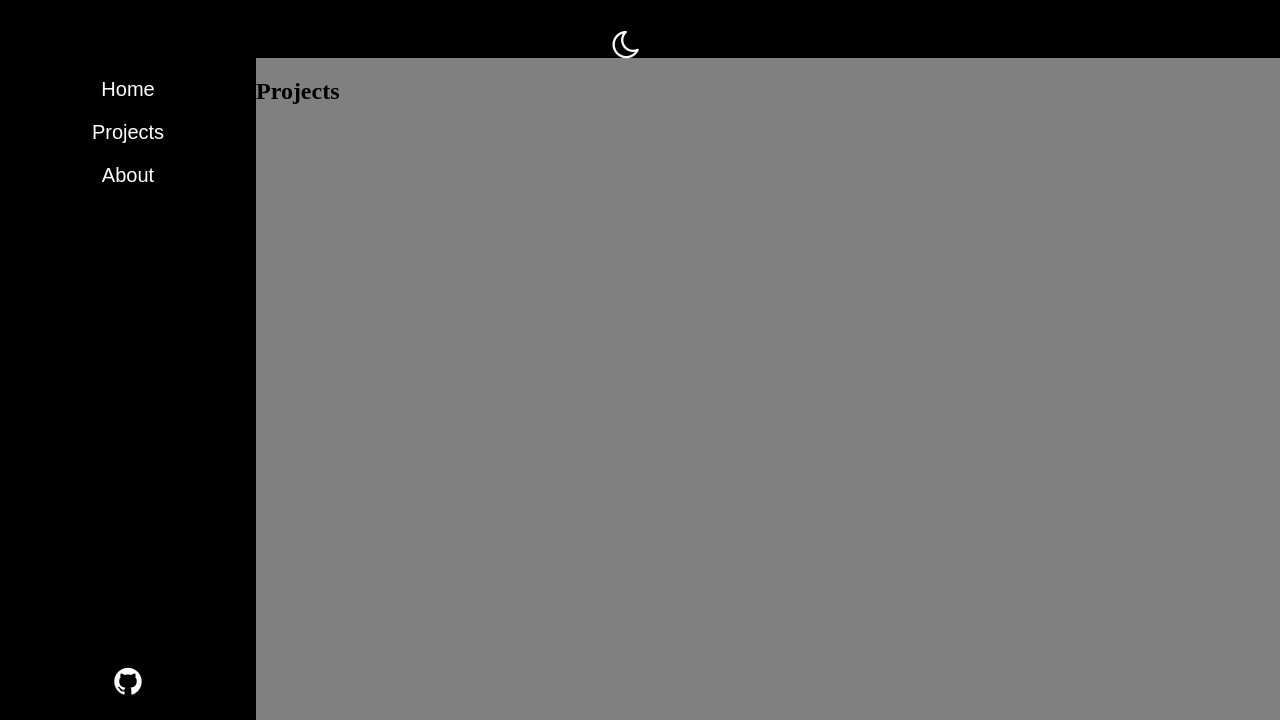
Repository: josephinel6/josephinel6.github.io
Page: index.html
An editor plug-in stored every save of this project. The page is shown before and after the next save, followed by the edit.
The browser window is 1280 px wide. The pictures show the whole page.

Above is the page before, as saved 2023-04-05 08:11:45.

### index.html
<!DOCTYPE html>
<html>

<head>
    <style>
        :root.light {
            --color-bg: white;
            --color-menu-text: black;
            --color-page-bg: darkgray;
            --color-obj-bg: gray;
            --color-title-text: black;
            --color-gen-text: black;
        }

        :root.dark {
            --color-bg: black;
            --color-menu-text: white;
            --color-page-bg: gray;
            --color-obj-bg: darkgray;
            --color-title-text: white;
            --color-gen-text: white;
        }

        /* :root {
            --color-bg: black;
        } */

        html,
        body {
            height: 100%;
            width: 100%;
            margin: 0;
            position: relative;
            /* border-color: blue;
            border-radius: 10px;
            border-style: solid; */
            padding: 0;
        }

        #menu {
            height: 100%;
            width: 20%;
            position: absolute;
            z-index: 1;
            top: 0;
            bottom: 0;
            background-color: var(--color-bg);
        }

        #topbar {
            width: 100%;
            height: 8%;
            background-color: var(--color-bg);
            position: absolute;
        }

        .menutext {
            color: var(--color-menu-text);
            font-family: sans-serif;
            font-size: 20px;
        }

        .fa-github {
            color: var(--color-menu-text);
        }

        #window {
            background-color: var(--color-page-bg);
            position: absolute;
            height: 92%;
            width: 80%;
            right: 0;
            bottom: 0;
        }

        .tabcontent {
            height: 100%;
            width: 100%;
            position: absolute;
        }

        .projectbutton {
            height: 150px;
            width: 95%;
            margin-top: 2.5%;
            margin-left: 2.5%;
            background-color: var(--color-obj-bg);
            border-radius: 5px;
            font-family: sans-serif;
            font-size: 30px;
        }

        #day-night {
            color: white;
            z-index: 2;
            top: 50%;
            right: 50%;
            position: absolute;
        }
    </style>
    <link rel="stylesheet" href="https://cdnjs.cloudflare.com/ajax/libs/font-awesome/4.7.0/css/font-awesome.min.css">
    <script type="module" src="https://cdn.jsdelivr.net/gh/zerodevx/zero-md@2/dist/zero-md.min.js"></script>
    <script type="module" src="https://md-block.verou.me/md-block.js"></script>
</head>

<body>
    <div id="menu">
        <div style="position:absolute; top: 8%; width: 100%; text-align: center;">

            <p class="menutext"> Home </p>
            <p class="menutext" onclick="openpage('projectbuttons')"> Projects </p>
            <p class="menutext"> About </p>

        </div>

        <div style="position:absolute; bottom:3%; width: 100%; text-align: center;">
            <a href="https://github.com/josephinel6" class="fa fa-github fa-2x" style="text-decoration: none;"></a>
        </div>
    </div>
    <div id="topbar">
        <i onclick="daynight()" class="fa fa-moon-o fa-2x" id="day-night"></i>
    </div>
    <div id="window">
        <div id="homepage" class="tabcontent">
            <h2> Projects </h2>
        </div>
        <div id="projectbuttons" class="tabcontent">
            <div class="projectbutton" onclick="openpage('weatherAPI')"> Weather API </div>
        </div>
        <zero-md src="https://josephinel6.github.io/weatherAPI.md" class="tabcontent" id="weatherAPI"></zero-md>
        <div class="tabcontent" id="about"></div>
    </div>
    <script>
        window.onload = function () {
            document.documentElement.classList.remove("light")
            document.documentElement.classList.add("dark")
            window.localStorage.setItem('mode', 'dark');
            console.log("dark")
            tabcontent = document.getElementsByClassName("tabcontent");
            for (i = 0; i < tabcontent.length; i++) {
                tabcontent[i].style.display = "none";
            }
            document.getElementById("homepage").style.display = "block";
        }

        function openpage(pageName) {
            var i, tabcontent, tablinks;
            tabcontent = document.getElementsByClassName("tabcontent");
            for (i = 0; i < tabcontent.length; i++) {
                tabcontent[i].style.display = "none";
            }
            tablinks = document.getElementsByClassName("tablink");
            for (i = 0; i < tablinks.length; i++) {
                tablinks[i].style.backgroundColor = "";
            }
            document.getElementById(pageName).style.display = "block";

            document.body.scrollTop = 0;
            document.documentElement.scrollTop = 0;
        }
    </script>

</body>

</html>

After the next save:
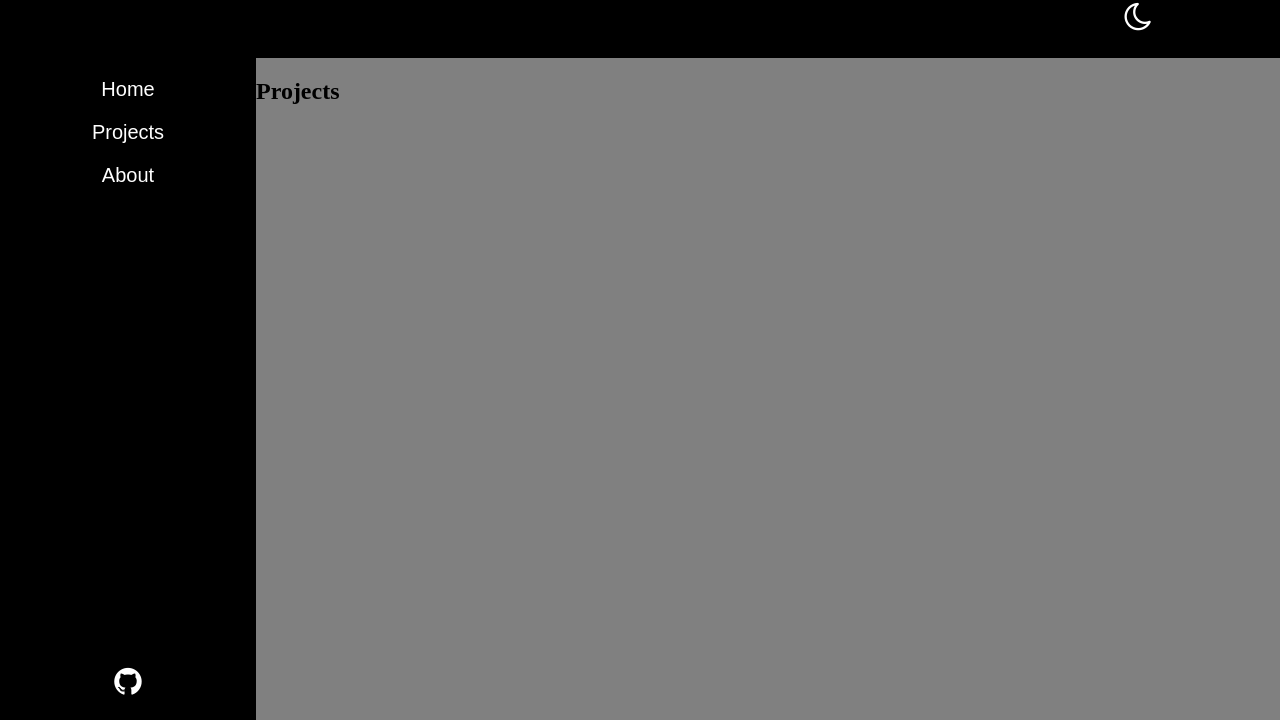
Saved 14 s later.
--- a/index.html
+++ b/index.html
@@ -93,8 +93,8 @@
         #day-night {
             color: white;
             z-index: 2;
-            top: 50%;
-            right: 50%;
+            top: 1%;
+            right: 10%;
             position: absolute;
         }
     </style>
